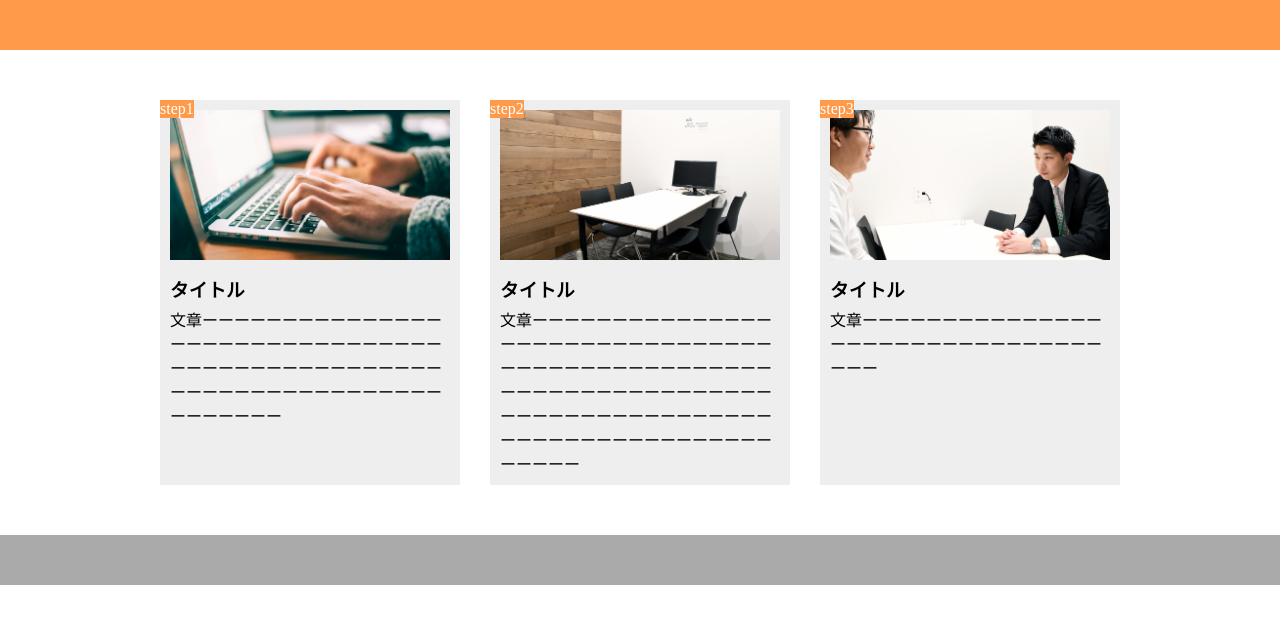
Repository: yuu3176/theme1
Page: 1-9-2/1-9-2.html
The author's editor kept a record of every edit. The page is drawn from the files as they stood at one moment, then again after the next edit.
The browser window is 1280 px wide. The pictures show the whole page.

Above is the page before.

### 1-9-2/1-9-2.html
<!DOCTYPE html>
<html lang="ja">
  <head>
    <meta charset="utf-8">
    <link rel="stylesheet" href="1-9-2.css">
    <title>1-9-2</title>
  </head>

  <body>
    <header></header>
    <main>
      <div class="box">
        <div class="box-step">
          <p>step1</p>
        </div>
        <div class="box-image1"></div>
        <section class="box-text">
          <h3>タイトル</h3>
        </section>
          <p>文章ーーーーーーーーーーーーーーーーーーーーーーーーーーーーーーーーーーーーーーーーーーーーーーーーーーーーーーーーーーーーーーーーーーーーーーーーー</p>
      </div>
      <div class="box">
        <div class="box-step">
          <p>step2</p>
        </div>
        <div class="box-image2"></div>
        <section class="box-text">
          <h3>タイトル</h3>
        </section>
          <p>文章ーーーーーーーーーーーーーーーーーーーーーーーーーーーーーーーーーーーーーーーーーーーーーーーーーーーーーーーーーーーーーーーーーーーーーーーーーーーーーーーーーーーーーーーーーーーーーーーーーーーーーーーーー</p>
      </div>
      <div class="box">
        <div class="box-step">
          <p>step3</p>
        </div>
        <div class="box-image3"></div>
        <section class="box-text">
          <h3>タイトル</h3>
          </section>
          <p>文章ーーーーーーーーーーーーーーーーーーーーーーーーーーーーーーーーーーー</p>
      </div>
    </main>
    <footer></footer>
  </body>
</html>

### 1-9-2/1-9-2.css
*{
  margin: 0;
  padding: 0;
  box-sizing: border-box;
}

header{
  height: 50px;
  background-color: #ff9a4b;
}

main{
  width: 960px;
  margin: 50px auto;
  display: flex;
}

.box{
  width: 300px;
  margin-right: 30px;
  padding: 10px;
  position: relative;
  background-color: #eeeeee;
}

.box:last-child{
  margin-right: 0;
}

.box-step{
  position: absolute;
  top: 0;
  left: 0;
  background-color: #ff9a4b;
  color: #fff;
}

.box-image1{
  height: 150px;
  background-image: url(img/flow01.png);
  background-position: bottom;
  background-size: cover;
}

.box-image2{
  height: 150px;
  background-image: url(img/flow02.png);
  background-position: bottom;
  background-size: cover;
}

.box-image3{
  height: 150px;
  background-image: url(img/flow03.png);
  background-position: bottom;
  background-size: cover;
}

.box-text{
  margin: 15px 0 5px;
}

footer{
  height: 50px;
  background-color: #aaaaaa;
}

@media screen and (max-width:768px){
  header{
    width: 100%;
  }

  main{
    width: 100%;
    margin: 50px auto;
    display: block;
  }

  .box{
    width: 90%;
    margin-bottom: 20px;
    margin-left: 5%;
    margin-right: 5%;
  }

  .box:last-child{
    margin-bottom: 0;
  }

  .box-image1 .box-image2 .box-image3{
    height: 150px;
  }

  footer{
    width: 100%;
  }

After the next edit:
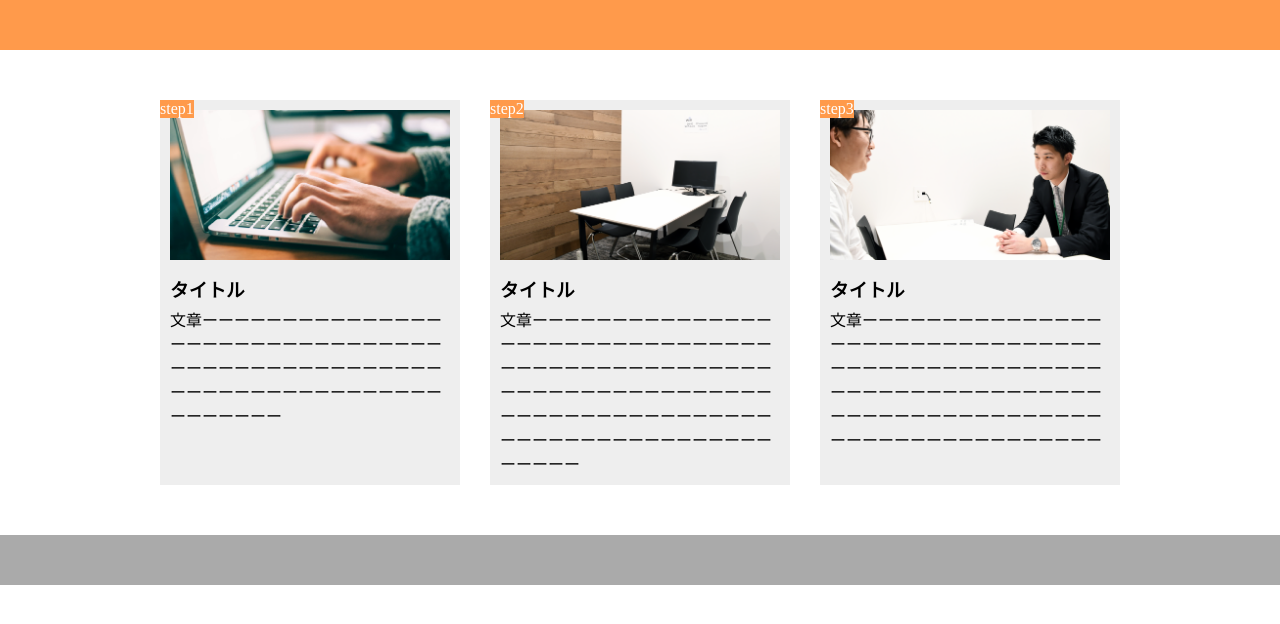
The edit:
--- a/1-9-2/1-9-2.html
+++ b/1-9-2/1-9-2.html
@@ -37,7 +37,7 @@
         <section class="box-text">
           <h3>タイトル</h3>
           </section>
-          <p>文章ーーーーーーーーーーーーーーーーーーーーーーーーーーーーーーーーーーー</p>
+          <p>文章ーーーーーーーーーーーーーーーーーーーーーーーーーーーーーーーーーーーーーーーーーーーーーーーーーーーーーーーーーーーーーーーーーーーーーーーーーーーーーーーーーーーーーーーーーーーーーーーーーーーー</p>
       </div>
     </main>
     <footer></footer>
